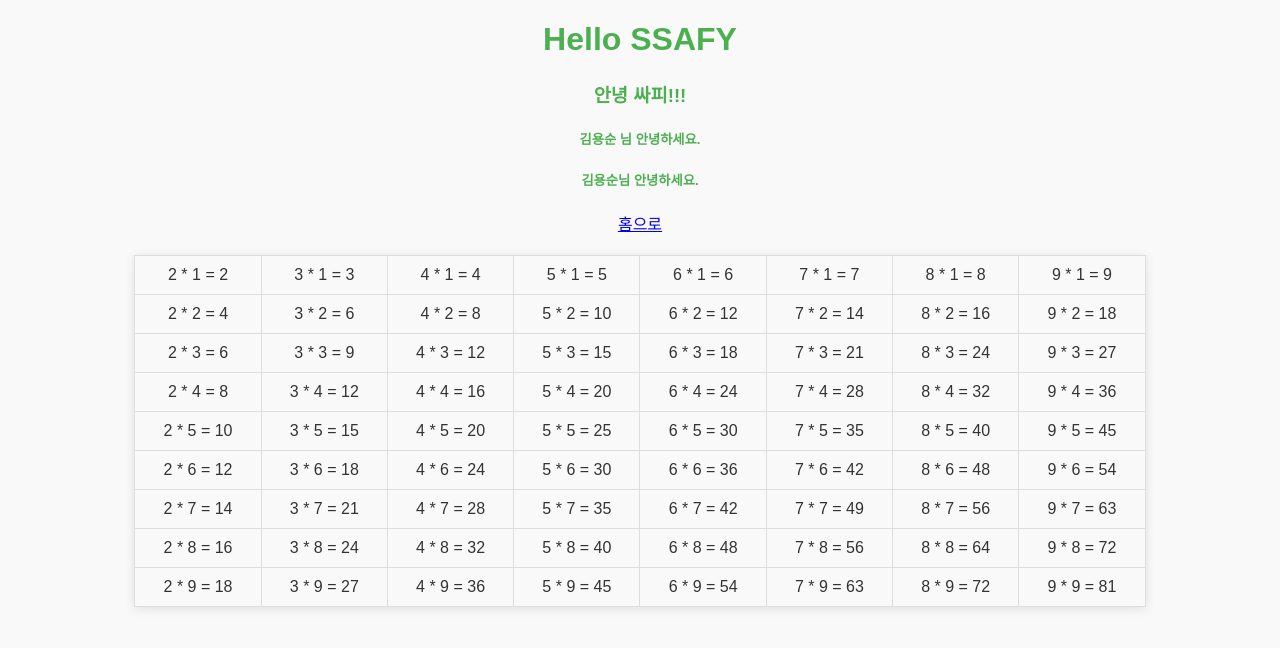
Repository: s00ngle/SSAFY-BE
Page: http://localhost/basic_jsp/hello.jsp
An editor plug-in stored every save of this project. The page is shown before and after the next save, followed by the edit.
The browser window is 1280 px wide. The pictures show the whole page.
The page is served by Tomcat 10.

Above is the page before, as saved 2024-09-24 01:46:07.

After the next save:
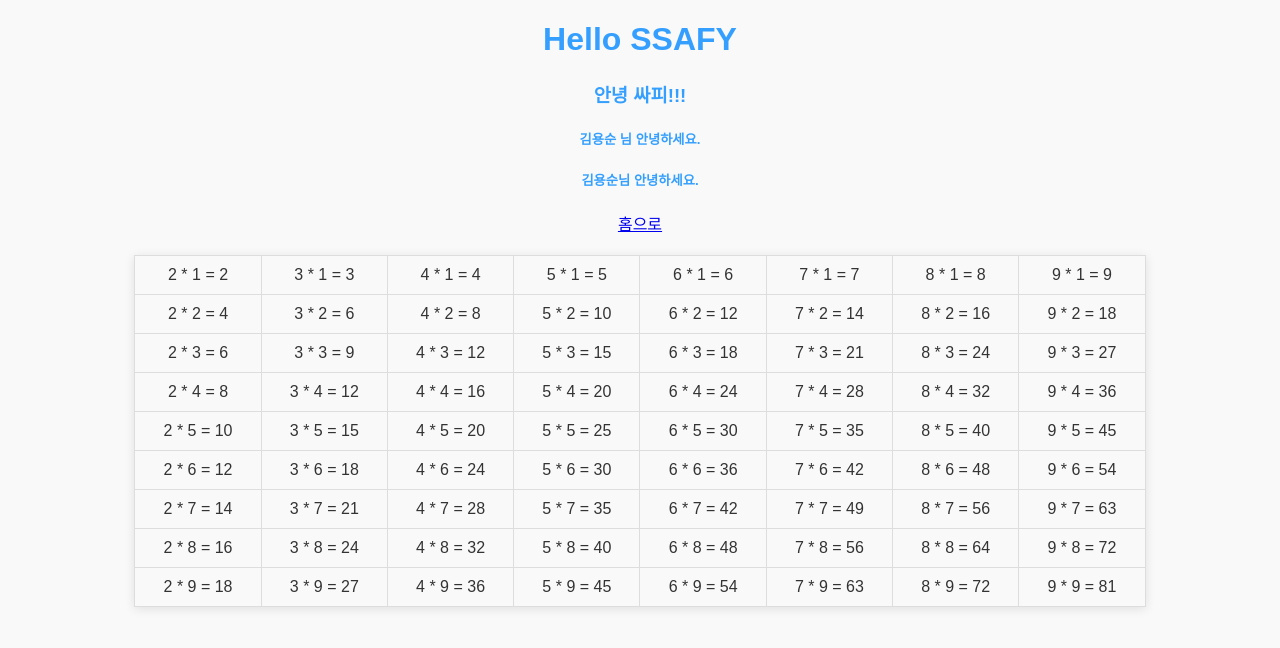
Saved 11 s later.
--- a/basic_jsp/src/main/webapp/hello.jsp
+++ b/basic_jsp/src/main/webapp/hello.jsp
@@ -37,7 +37,7 @@
         background-color: #f1f1f1;
     }
     h1, h3, h5 {
-        color: #4CAF50;
+        color: #349fff;
     }
 </style>
 </head>
